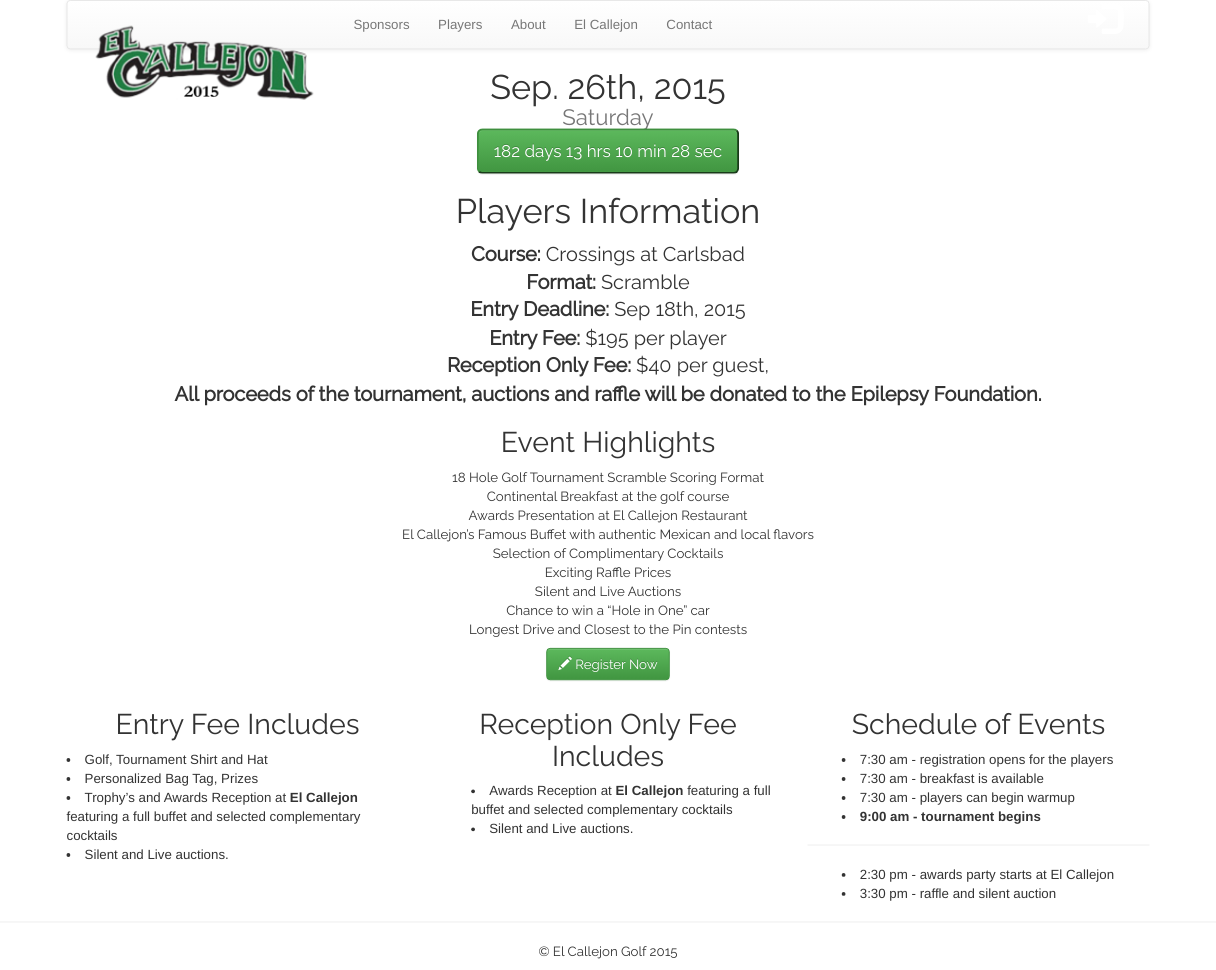
Repository: rojour/callejongolf
Page: register/templates/home/player.html
The author's editor kept a record of every edit. The page is drawn from the files as they stood at one moment, then again after the next edit.
The browser window is 1280 px wide. The pictures show the whole page, at 95% of full size.
Some web libraries are served in a nearby version. The template is drawn by Django 2.2. The application's start-up code is not run. The template is opened directly, without the code that normally fills it, so the values that code supplies are empty.

Above is the page before.

After the next edit:
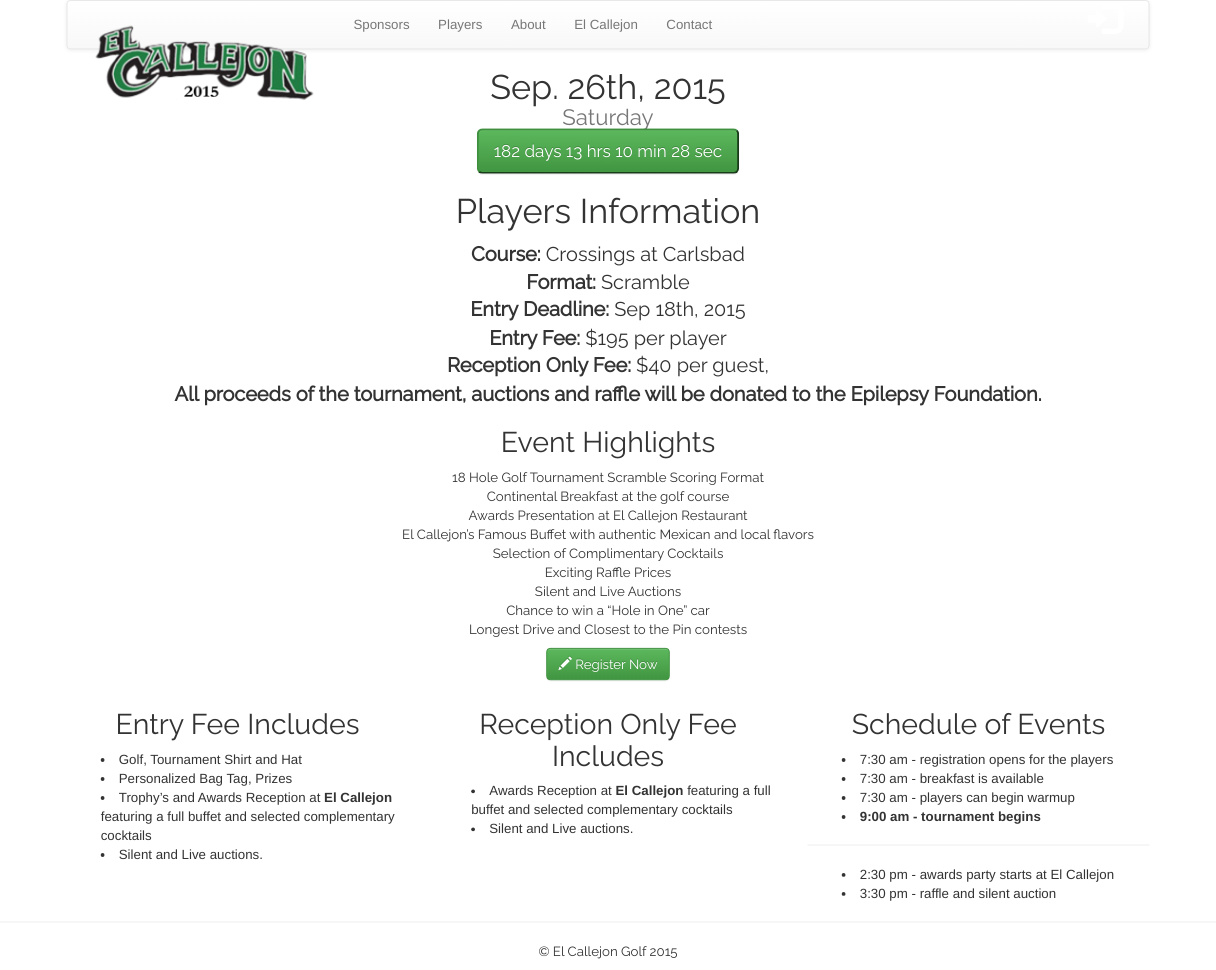
The edit:
--- a/register/templates/home/player.html
+++ b/register/templates/home/player.html
@@ -13,10 +13,10 @@
     <div class="row">
       <div class="col-md-4">
         <h2 class=" text-center">Entry Fee Includes</h2>
-          <li>Golf, Tournament Shirt and Hat</li>
-          <li>Personalized Bag Tag, Prizes</li>
-          <li>Trophy’s  and  Awards Reception at <strong>El Callejon</strong> featuring a full buffet and selected complementary cocktails</li>
-          <li>Silent and Live auctions.</li>
+          <li style=margin-left:10% >Golf, Tournament Shirt and Hat</li>
+          <li style=margin-left:10% >Personalized Bag Tag, Prizes</li>
+          <li style=margin-left:10% >Trophy’s  and  Awards Reception at <strong>El Callejon</strong> featuring a full buffet and selected complementary cocktails</li>
+          <li style=margin-left:10% >Silent and Live auctions.</li>
       </div>
       <div class="col-md-4">
         <h2 class=" text-center">Reception Only Fee Includes</h2>
